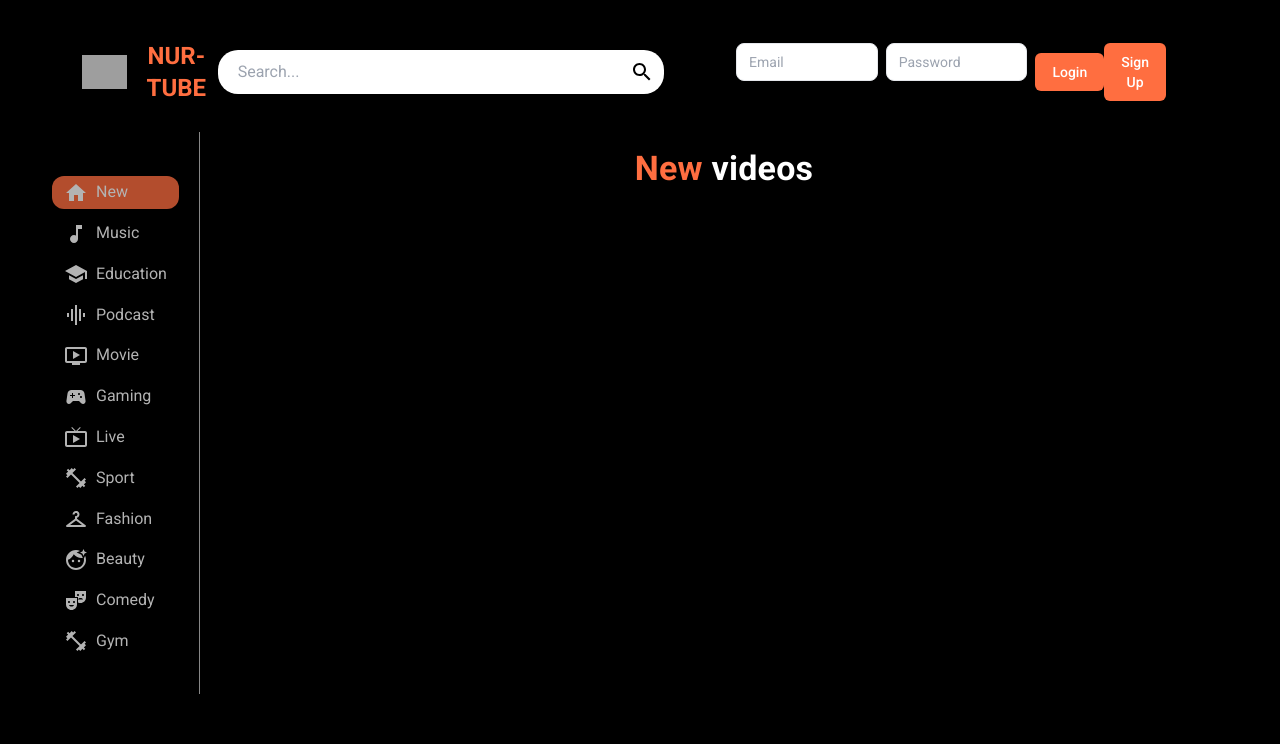
Repository: Nurlan-Bakenbaev/YoutubeClone
Page: /
These files come from the project's save history. The page is drawn as it stood at one moment and after the next save; the edit follows.
The browser window is 1280 px wide. The pictures show the whole page.
Pictures or frames that could not be fetched are drawn as grey boxes. The page's requests for data from a server got no answer. The project was rebuilt for these pictures with package versions that can differ from the ones it lists, and the page was loaded fresh each time. No one was signed in, and anything a server would have sent is missing. Also part of the build but not shown: vite.config.js, src/components/VideoCard.jsx, src/components/ChannelCard.jsx, src/components/Loader.jsx, src/components/VideoDetails.jsx, src/components/SearchFeed.jsx, src/components/ChannelDetails.jsx.

Above is the page before, as saved 2023-09-09 19:00:54.

After the next save:
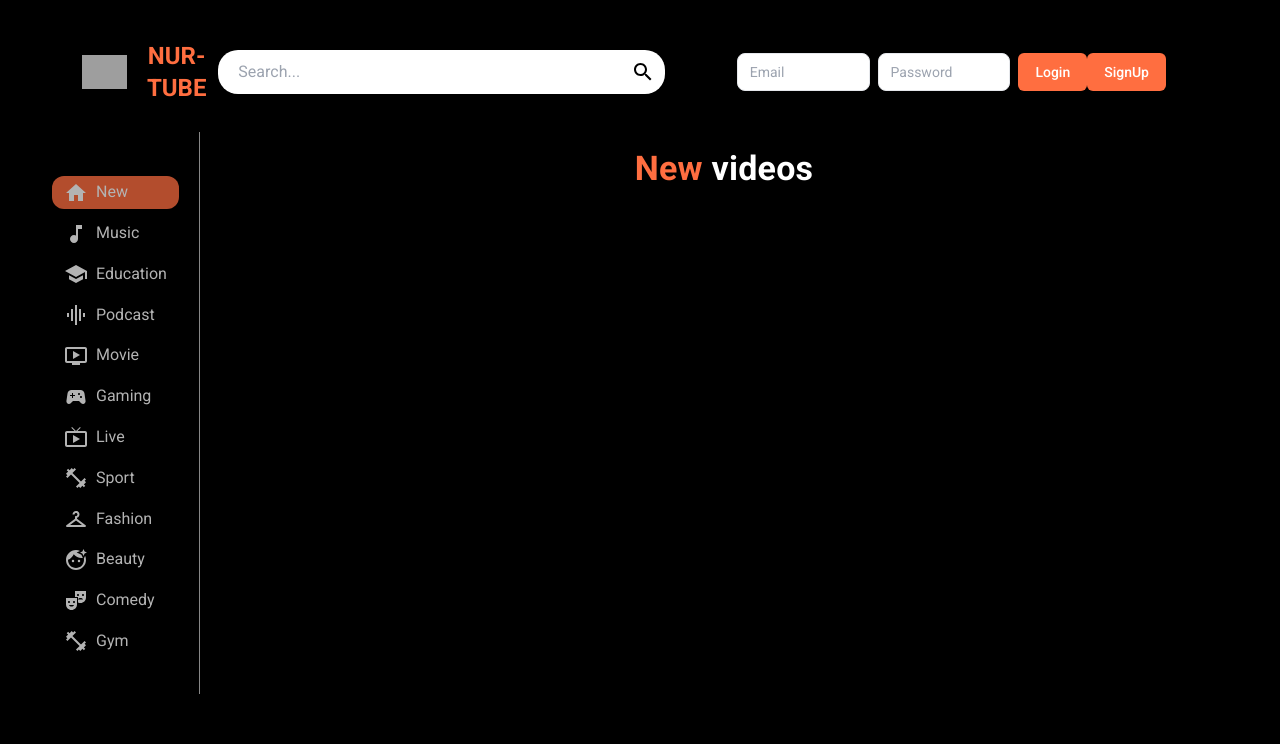
Saved 7 s later.
--- a/src/components/SignIn.jsx
+++ b/src/components/SignIn.jsx
@@ -86,7 +86,7 @@ const SignIn = () => {
                   onClick={handleSignUp}
                   className="group relative w-full flex justify-center py-2 px-4 border border-transparent text-sm font-medium rounded-md text-white bg-[#ff6e40] focus:outline-none focus:ring-2 focus:ring-offset-2 focus:ring-indigo-500"
                 >
-                  <span>Sign Up</span>
+                  <span>SignUp</span>
                 </button>
               </div>
             </div>
